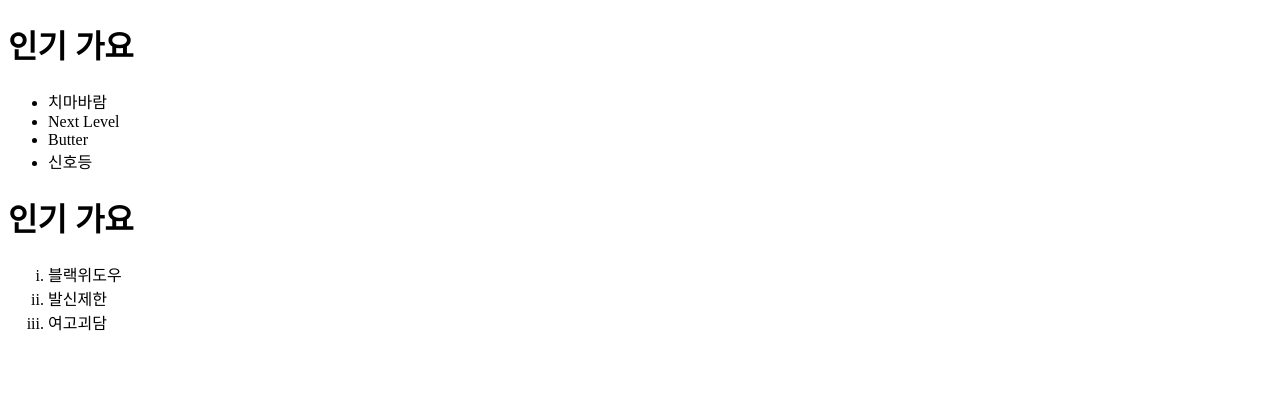
Repository: ghkdtpehd/java_html
Page: 01_HTML/src/main/webapp/EX02.html
The author's editor kept a copy of each file at every save. The page is drawn from the files as they stood at one save, then again after the next save.
The browser window is 1280 px wide. The pictures show the whole page.

Above is the page before, as saved 2021-06-28 01:08:00.

After the next save:
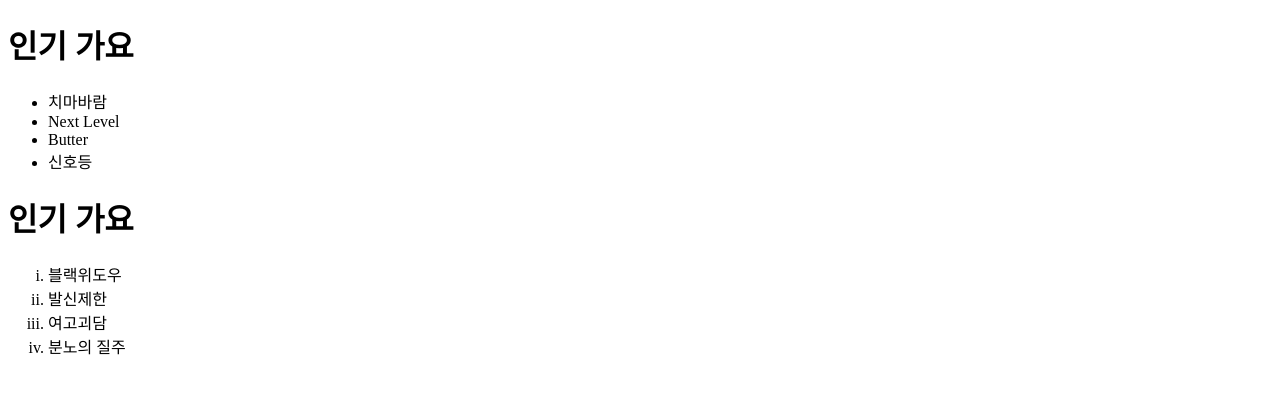
Saved 14 s later.
--- a/01_HTML/src/main/webapp/EX02.html
+++ b/01_HTML/src/main/webapp/EX02.html
@@ -18,6 +18,7 @@
 		<li>블랙위도우</li>
 		<li>발신제한</li>
 		<li>여고괴담</li>
+		<li>분노의 질주</li>
 	</ol>
 </body>
 </html>
